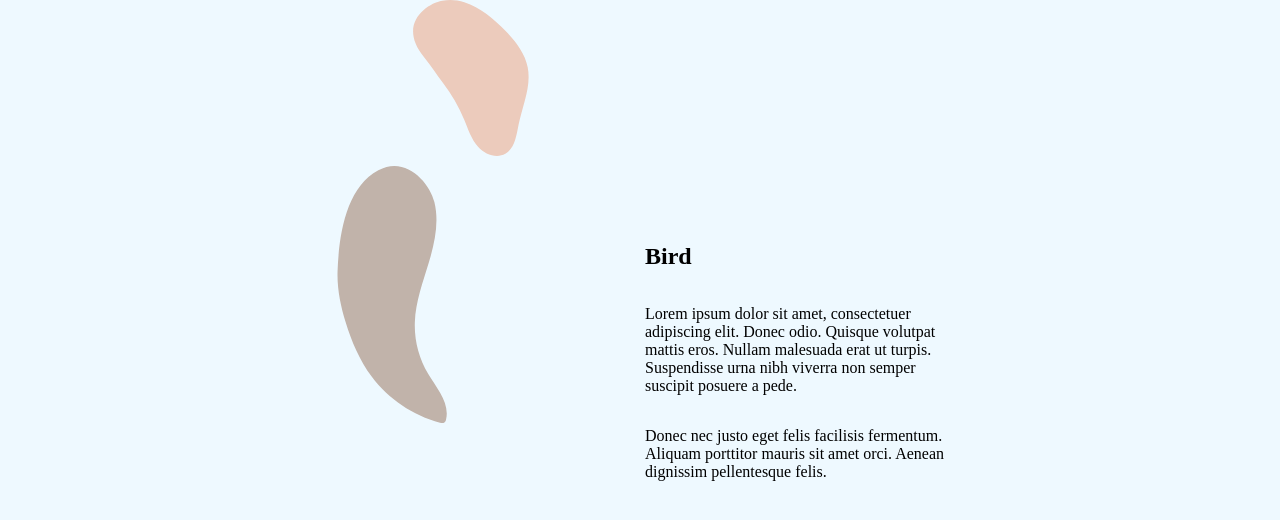
Repository: sebastiann88/svg-animals
Page: index.html
An editor plug-in stored every save of this project. The page is shown before and after the next save, followed by the edit.
The browser window is 1280 px wide. The pictures show the window.
A layer covers the whole window, so only the first screen is drawn.

Above is the page before, as saved 2024-09-05 04:10:03.

After the next save:
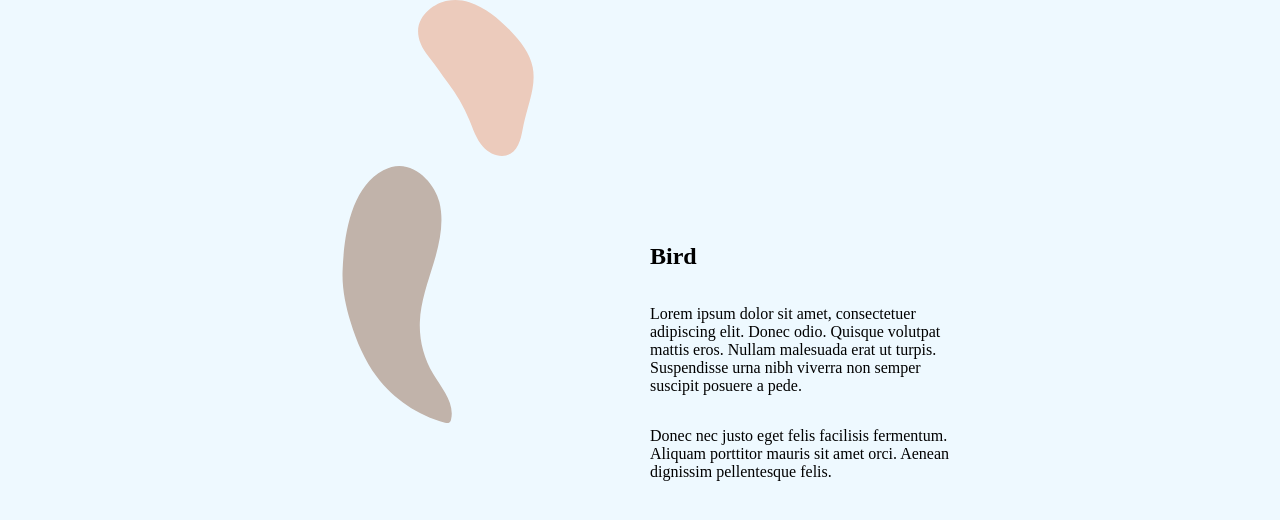
Saved 11 s later.
--- a/css/style.css
+++ b/css/style.css
@@ -6,7 +6,7 @@ body {
 }
 
 main {
-	transform: translateX(5px);
+	transform: translateX(10px);
 }
 
 .line-container {
